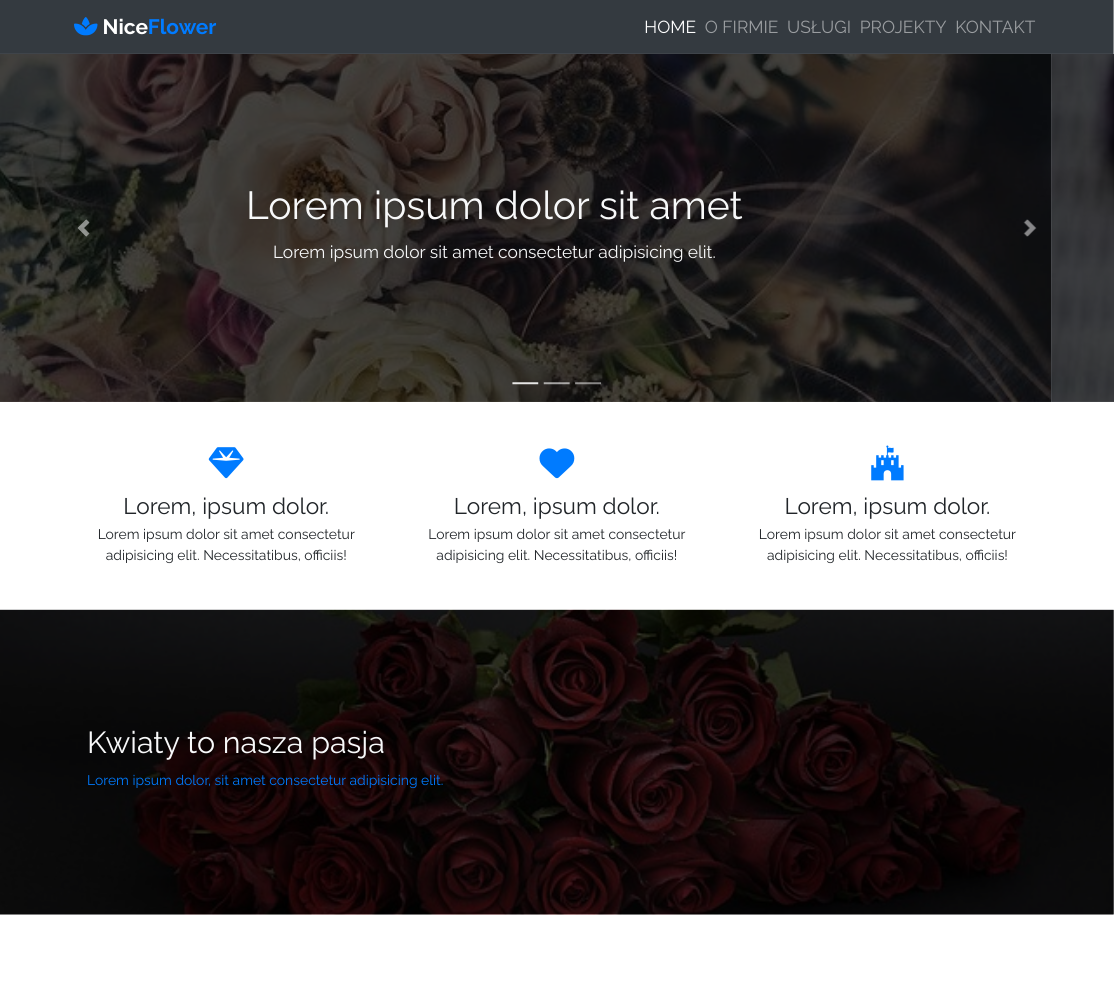
Repository: KrzysKolo/Projekt-13_Kwiaciarnia
Page: index.html
The author's editor kept a copy of each file at every save. The page is drawn from the files as they stood at one save, then again after the next save.
The browser window is 1280 px wide. The pictures show the whole page, at 87% of full size.
Some web libraries are served in a nearby version.

Above is the page before, as saved 2020-08-09 18:22:32.

### index.html
<!DOCTYPE html>
<html lang="pl">
  <head>
    <meta charset="UTF-8" />
    <meta name="viewport" content="width=device-width, initial-scale=1.0" />
    <title>Nice-Flower</title>
    <script
      src="https://kit.fontawesome.com/21efeaf281.js"
      crossorigin="anonymous"
    ></script>

    <link
      rel="stylesheet"
      href="https://stackpath.bootstrapcdn.com/bootstrap/4.5.0/css/bootstrap.min.css"
      integrity="sha384-9aIt2nRpC12Uk9gS9baDl411NQApFmC26EwAOH8WgZl5MYYxFfc+NcPb1dKGj7Sk"
      crossorigin="anonymous"
    />
    <link
      href="https://fonts.googleapis.com/css2?family=Raleway:wght@400;700&display=swap"
      rel="stylesheet"
    />
    <link rel="stylesheet" href="style.css" />
  </head>
  <body>
    <nav class="navbar navbar-expand-lg navbar-dark bg-dark py-3">
      <div class="container">
        <a class="navbar-brand" href="#"
          ><i class="fas fa-spa text-primary"></i> Nice<span
            class="text-primary"
            >Flower</span
          ></a
        >
        <button
          class="navbar-toggler border-0"
          type="button"
          data-toggle="collapse"
          data-target="#navbarNavAltMarkup"
          aria-controls="navbarNavAltMarkup"
          aria-expanded="false"
          aria-label="Toggle navigation"
        >
          <i class="fas fa-bars px-4"></i>
        </button>
        <div class="collapse navbar-collapse" id="navbarNavAltMarkup">
          <div class="navbar-nav ml-auto">
            <a class="nav-link active" href="#"
              >Home <span class="sr-only">(current)</span></a
            >
            <a class="nav-link" href="abouteus.html">O firmie</a>
            <a class="nav-link" href="services.html">Usługi</a>
            <a class="nav-link" href="projects.html">Projekty</a>
            <a class="nav-link" href="contact.html">Kontakt</a>
          </div>
        </div>
      </div>
    </nav>

    <!-- HEADER -->
    <header>
      <div
        id="carouselExampleCaptions"
        class="carousel slide"
        data-ride="carousel"
      >
        <ol class="carousel-indicators">
          <li
            data-target="#carouselExampleCaptions"
            data-slide-to="0"
            class="active"
          ></li>
          <li data-target="#carouselExampleCaptions" data-slide-to="1"></li>
          <li data-target="#carouselExampleCaptions" data-slide-to="2"></li>
        </ol>
        <div class="carousel-inner text-dark text-center">
          <div class="carousel-item carousel-img-one active">
            <div
              class="carousel-text h-100 p-5 d-flex flex-column justyfy-content-end justify-content-md-center align-items-center"
            >
              <div class="hero-shadow"></div>
              <p class="display-3 text-light">Lorem ipsum dolor sit amet</p>
              <p class="d-none d-sm-block text-light">
                Lorem ipsum dolor sit amet consectetur adipisicing elit.
              </p>
            </div>
          </div>
          <div class="carousel-item carousel-img-two">
            <div
              class="carousel-text h-100 p-5 d-flex flex-column justyfy-content-end justify-content-md-center align-items-center"
            >
              <div class="hero-shadow"></div>
              <p class="display-3 text-light">Lorem ipsum dolor sit amet</p>
              <p class="d-none d-sm-block text-light">
                Lorem ipsum dolor sit amet consectetur adipisicing elit.
              </p>
            </div>
          </div>
          <div class="carousel-item carousel-img-three">
            <div
              class="carousel-text h-100 p-5 d-flex flex-column justyfy-content-end justify-content-md-center align-items-center"
            >
              <div class="hero-shadow"></div>
              <p class="display-3 text-light">Lorem ipsum dolor sit amet</p>
              <p class="d-none d-sm-block text-light">
                Lorem ipsum dolor sit amet consectetur adipisicing elit.
              </p>
            </div>
          </div>
        </div>
        <a
          class="carousel-control-prev"
          href="#carouselExampleCaptions"
          role="button"
          data-slide="prev"
        >
          <span class="carousel-control-prev-icon" aria-hidden="true"></span>
          <span class="sr-only">Previous</span>
        </a>
        <a
          class="carousel-control-next"
          href="#carouselExampleCaptions"
          role="button"
          data-slide="next"
        >
          <span class="carousel-control-next-icon" aria-hidden="true"></span>
          <span class="sr-only">Next</span>
        </a>
      </div>
    </header>

    <!-- MAIN -->
    <main>
      <section class="home-boxes">
        <div class="container text-center">
          <div class="row">
            <div class="col-md-4 home-box mb-5 mb-md-0">
              <i class="fas fa-gem mb-4 text-primary"></i>
              <h3>Lorem, ipsum dolor.</h3>
              <p class="m-0">
                Lorem ipsum dolor sit amet consectetur adipisicing elit.
                Necessitatibus, officiis!
              </p>
            </div>
            <div class="col-md-4 home-box mb-5 mb-md-0">
              <i class="fas fa-heart mb-4 text-primary"></i>
              <h3>Lorem, ipsum dolor.</h3>
              <p class="m-0">
                Lorem ipsum dolor sit amet consectetur adipisicing elit.
                Necessitatibus, officiis!
              </p>
            </div>
            <div class="col-md-4 home-box mb-5 mb-md-0">
              <i class="fab fa-fort-awesome mb-4 text-primary"></i>
              <h3>Lorem, ipsum dolor.</h3>
              <p class="m-0">
                Lorem ipsum dolor sit amet consectetur adipisicing elit.
                Necessitatibus, officiis!
              </p>
            </div>
          </div>
        </div>
      </section>

      <section class="home-passion">
        <div class="hero-shadow"></div>
        <div class="row m-0 h-100 align-items-center text-light">
          <div class="col">
            <div class="container p-5">
              <p class="display-4">Kwiaty to nasza pasja</p>
              <p class="text-primary">
                Lorem ipsum dolor, sit amet consectetur adipisicing elit.
              </p>
            </div>
          </div>
        </div>
      </section>
      <section class="home-brand py-5">
        <p class="display-2 text-center pt-5 px-3"></p>
      </section>
    </main>
    <script
      src="https://code.jquery.com/jquery-3.5.1.slim.min.js"
      integrity="sha384-DfXdz2htPH0lsSSs5nCTpuj/zy4C+OGpamoFVy38MVBnE+IbbVYUew+OrCXaRkfj"
      crossorigin="anonymous"
    ></script>
    <script
      src="https://cdn.jsdelivr.net/npm/popper.js@1.16.0/dist/umd/popper.min.js"
      integrity="sha384-Q6E9RHvbIyZFJoft+2mJbHaEWldlvI9IOYy5n3zV9zzTtmI3UksdQRVvoxMfooAo"
      crossorigin="anonymous"
    ></script>
    <script
      src="https://stackpath.bootstrapcdn.com/bootstrap/4.5.0/js/bootstrap.min.js"
      integrity="sha384-OgVRvuATP1z7JjHLkuOU7Xw704+h835Lr+6QL9UvYjZE3Ipu6Tp75j7Bh/kR0JKI"
      crossorigin="anonymous"
    ></script>
  </body>
</html>

### style.css
* {
  box-sizing: border-box;
  margin: 0;
  padding: 0;
}
html {
  font-size: 62.5%;
}
body {
  font-family: "Raleway", sans-serif;
  font-size: 1.6rem;
}
.hero-shadow {
  position: absolute;
  top: 0;
  width: 100%;
  height: 100%;
  background-color: rgba(0, 0, 0, 0.7);
  z-index: -1;
}
/* ----------- */
/*  nawigacja  */
/* ----------- */
nav {
  font-size: 2rem;
  text-transform: uppercase;
}
.navbar-toggler {
  font-size: 3rem;
}
.navbar-brand {
  font-size: 2.4rem;
  font-weight: bold;
  text-transform: none;
}
/* ----------- */
/*    header   */
/* ----------- */
header {
  font-size: 2rem;
}
.carousel-item {
  position: relative;
  height: 400px;
  background-position: center;
  background-size: cover;
  z-index: 0;
}
.carousel-img-one {
  background-image: url("./img/b1m.jpg");
}
.carousel-img-two {
  background-image: url("./img/b2m.jpg");
}
.carousel-img-three {
  background-image: url("./img/b4m.jpg");
}
/* ----------- */
/*     main    */
/* ----------- */
.home-boxes {
  padding: 5rem 0;
}
.home-box i {
  font-size: 4rem;
}
.home-box h3 {
  font-size: 2.6rem;
}
/* ----------- */
.home-passion {
  position: relative;
  height: 350px;
  background-image: url("./img/b8m.jpg");
  background-position: center;
  background-size: cover;
  z-index: 0;
}

@media (min-width: 1400px) {
  .carousel-item {
    height: 600px;
  }
  .carousel-img-one {
    background-image: url("./img/b1.jpg");
  }
  .carousel-img-two {
    background-image: url("./img/b2.jpg");
  }
  .carousel-img-three {
    background-image: url("./img/b4.jpg");
  }
}

After the next save:
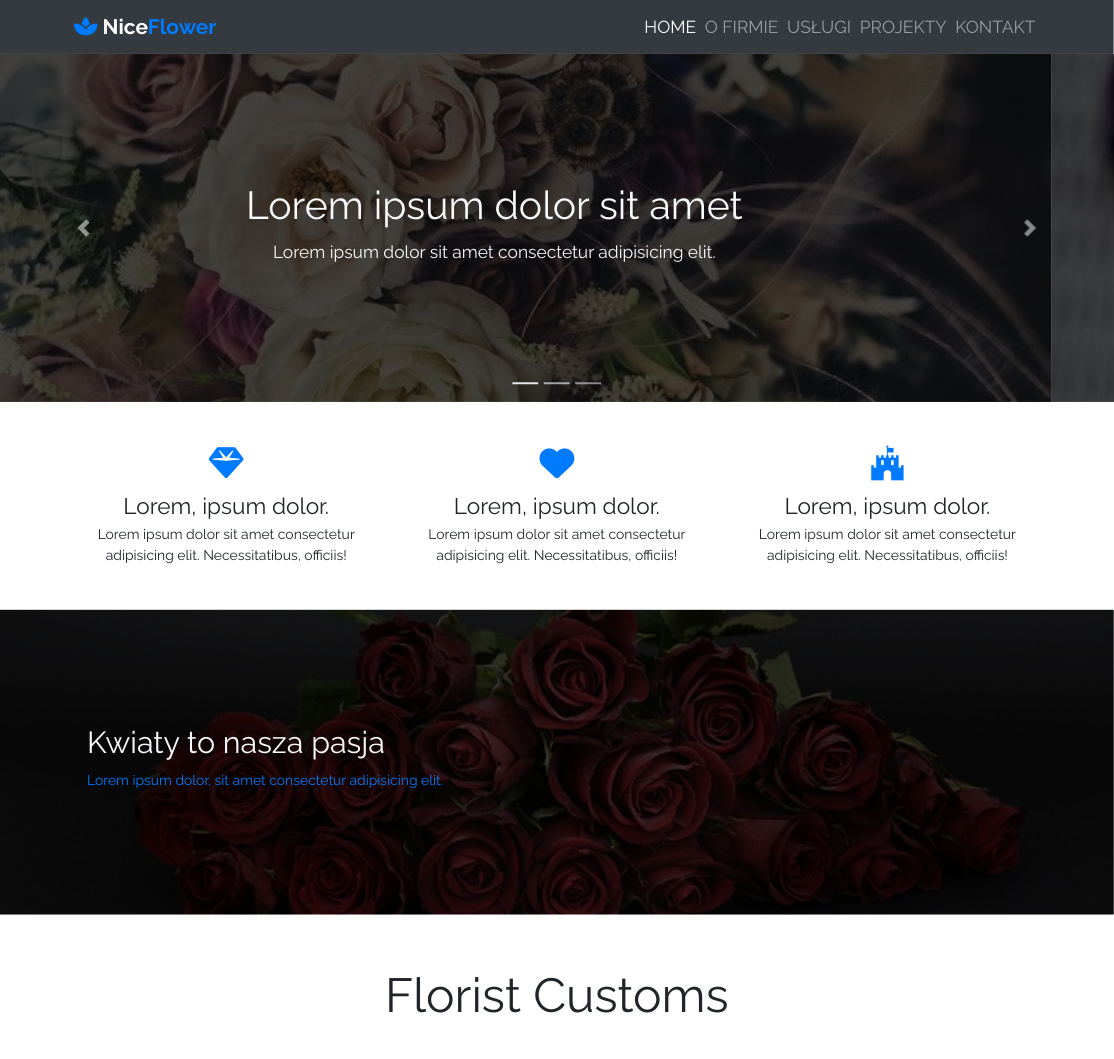
Saved 100 s later.
--- a/index.html
+++ b/index.html
@@ -174,7 +174,7 @@
         </div>
       </section>
       <section class="home-brand py-5">
-        <p class="display-2 text-center pt-5 px-3"></p>
+        <p class="display-2 text-center pt-5 px-3">Florist Customs</p>
       </section>
     </main>
     <script
